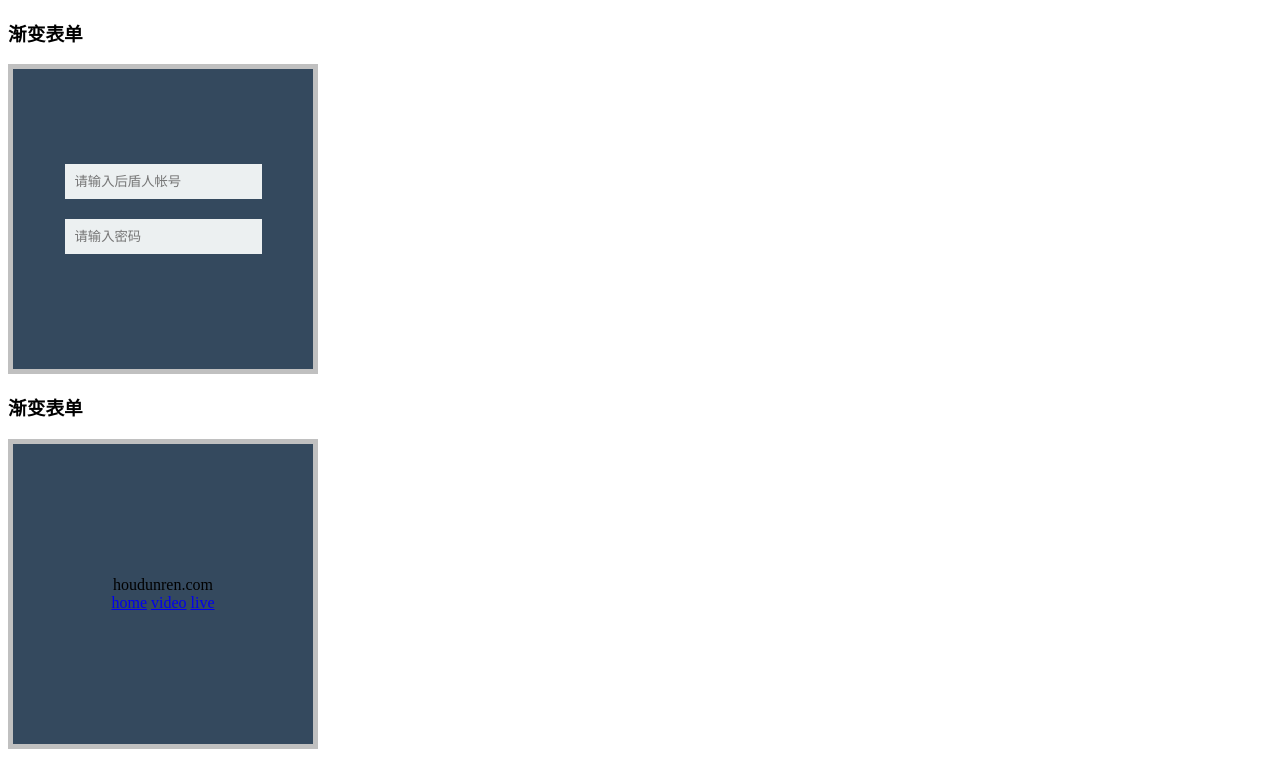
Repository: Aissd/animateDemo
Page: translate02.html
An editor plug-in stored every save of this project. The page is shown before and after the next save, followed by the edit.
The browser window is 1280 px wide. The pictures show the whole page.
The style sheet was rebuilt from its Sass, Less or Tailwind sources for each picture, by a compiler version that may differ from the author's.

Above is the page before, as saved 2020-05-13 09:01:54.

After the next save:
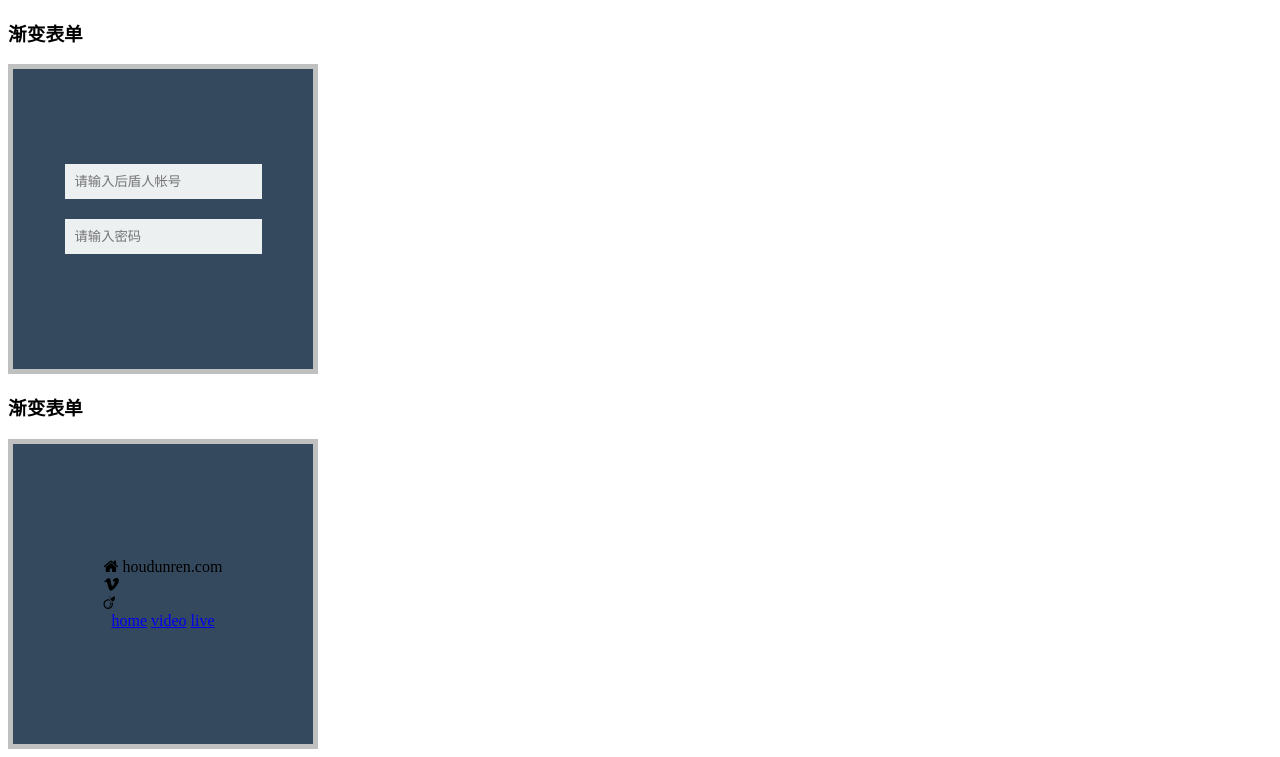
Saved 24 s later.
--- a/translate02.html
+++ b/translate02.html
@@ -5,6 +5,7 @@
     <meta name="viewport" content="width=device-width, initial-scale=1.0">
     <title>Document</title>
     <link rel="stylesheet" href="./css/translate02.css" />
+    <link rel="stylesheet" href="https://maxcdn.bootstrapcdn.com/font-awesome/4.7.0/css/font-awesome.min.css">
 </head>
 <body>
     <div class="container">
